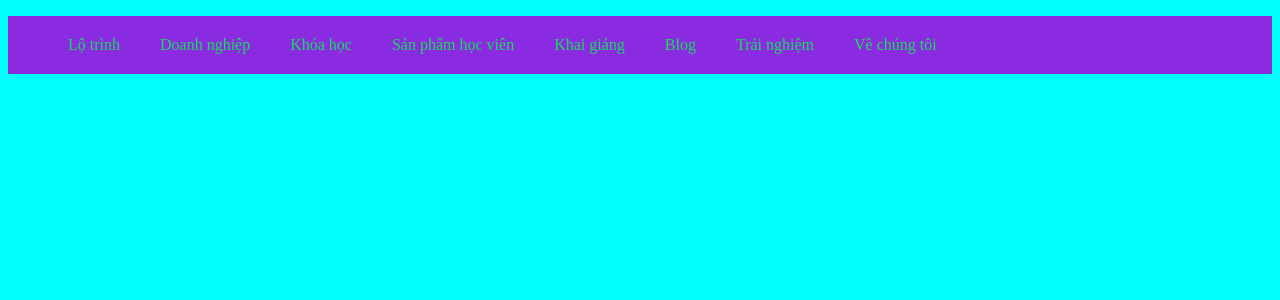
Repository: khanhnahk306/khanhnahk.github.io
Page: flexbox/html/megamenu.html
The author's editor kept a copy of each file at every save. The page is drawn from the files as they stood at one save, then again after a run of saves.
The browser window is 1280 px wide. The pictures show the whole page.

Above is the page before, as saved 2022-01-28 10:56:23.

### flexbox/html/megamenu.html
<!DOCTYPE html>
<html lang="en">
<head>
    <meta charset="UTF-8">
    <meta http-equiv="X-UA-Compatible" content="IE=edge">
    <meta name="viewport" content="width=device-width, initial-scale=1.0">
    <link rel="stylesheet" href="../css/megamenu.css">
    <title>Menu đa cấp</title>
</head>
<body>
    <!-- <h1>Menu đa cấp</h1> -->
        <ul class="nav">
            <li>
                <a href="#">Lộ trình</a>
                <ul class="sub-menu">
                    <li>
                        <a href="#">Fronent + ReactJs</a>
                    </li>
                    <li>
                        <a href="#">Java Springboot Fullstack</a>
                    </li>
                    <li>
                        <a href="#">Ios</a>
                    </li>
                    <li>
                        <a href="#">React Native</a>
                    </li>
                    <li>
                        <a href="#">Game</a>
                    </li>
                </ul>
            </li>
            <li>
                <a href="#">Doanh nghiệp</a>
            </li>
            <li>
                <a href="#">Khóa học</a>
            </li>
            <li>
                <a href="#">Sản phẩm học viên</a>
            </li>
            <li>
                <a href="#">Khai giảng</a>
            </li>
            <li>
                <a href="#">Blog</a>
            </li>
            <li>
                <a href="#">Trải nghiệm</a>
            </li>
            <li>
                <a href="#">Về chúng tôi</a>
            </li>
        </ul>

</body>
</html>

### flexbox/css/megamenu.css
*{
    box-sizing: border-box;
}
body{
    background-color: aqua;
}
.nav {
    display: flex;
    list-style-type: none;
}
a{
    text-decoration: none;
    color: rgb(20, 224, 88);
}
.nav{
    background-color: blueviolet;
}
.nav li{
    padding: 20px;
}
.sub-menu{
    display: none;
    position: absolute;
    list-style-type: none;
    background-color: blueviolet;
}
.nav li:hover .sub-menu{
    display: block;
}

After the next 3 saves:
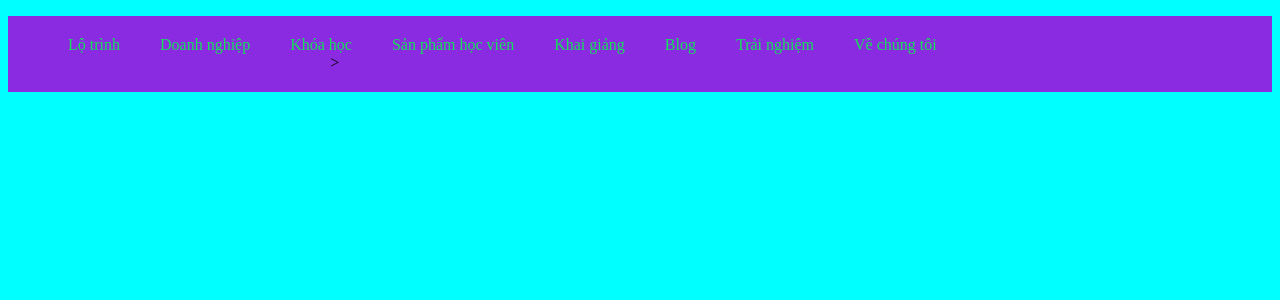
The 3 saves are shown as one change because they came seconds apart.
The last was saved 27 s later.
--- a/flexbox/html/megamenu.html
+++ b/flexbox/html/megamenu.html
@@ -35,6 +35,7 @@
             </li>
             <li>
                 <a href="#">Khóa học</a>
+                <ul <i class="fa fa-venus" aria-hidden="true"></i>></ul>
             </li>
             <li>
                 <a href="#">Sản phẩm học viên</a>

After the 2 saves that followed:
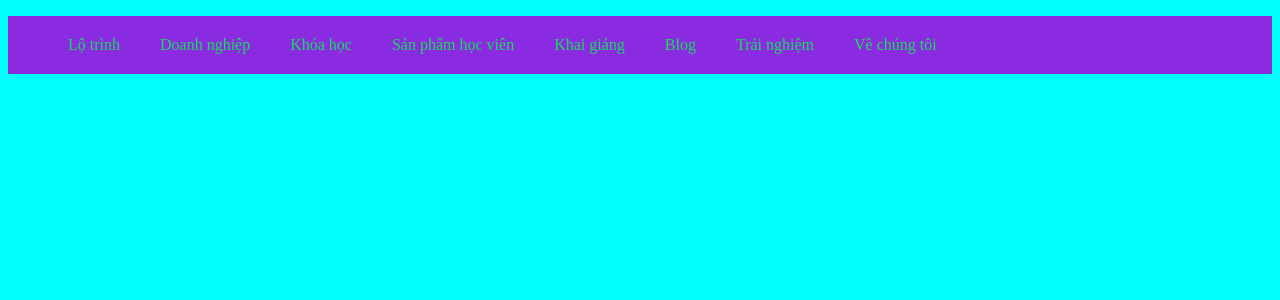
The 2 saves are shown as one change because they came seconds apart.
The last was saved 7 s later.
--- a/flexbox/html/megamenu.html
+++ b/flexbox/html/megamenu.html
@@ -35,7 +35,9 @@
             </li>
             <li>
                 <a href="#">Khóa học</a>
-                <ul <i class="fa fa-venus" aria-hidden="true"></i>></ul>
+                <ul class="sub-menu">
+
+                </ul>
             </li>
             <li>
                 <a href="#">Sản phẩm học viên</a>
